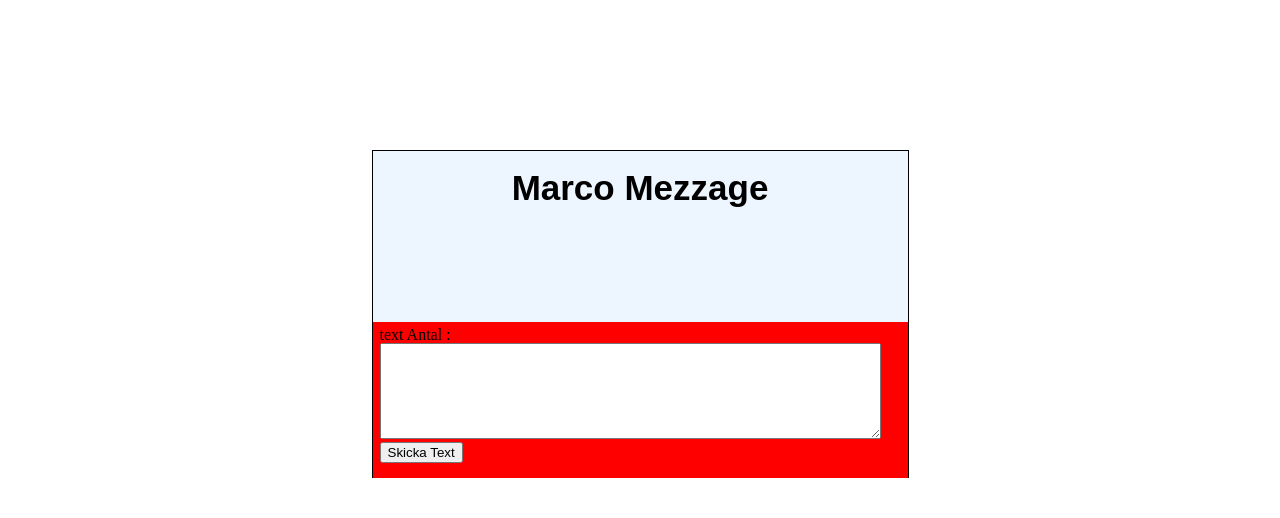
Repository: Marco30/1dv403-laborationer
Page: 2-labbymezzage/index.html
The author's editor kept a record of every edit. The page is drawn from the files as they stood at one moment, then again after the next edit.
The browser window is 1280 px wide. The pictures show the whole page.

Above is the page before.

### 2-labbymezzage/index.html
<!DOCTYPE html>

<html lang="sv">

<head>

	<meta charset="UTF-8" />

 	<title>Mezzage</title>

 	<link href="css/style.css" rel="stylesheet" type="text/css">

    <script src="js/Message.js"></script>

</head>

    <body>

        <div id="inramning"><!--*CSS läger text rutan i mitten-->

             <header><!--titel texten -->
                    <h1>Marco Mezzage</h1>
             </header>

           <main> <!--Alla meddelanden ska samlas här   -->

                <div id="textonpage"><!-- Här kommer jag lad in texten  -->

                </div>

                <div id="textruta">

                    <p>
                        <label id="count">text Antal : </label><!--Visar antal meddelanden som finns på sidan -->
                    </p>

                    <p>
                        <textarea id="text" cols="60" rows="6">
                        </textarea><!--Text ruta, där man kommer skriva in sina meddelanden -->
                    </p>

                    <button id="button">Skicka Text</button><!--Skicka Knapp, Man trycker på för att få upp meddelanden i sidan  -->

                </div>

           </main>

        </div>

    </body>
</html>

### 2-labbymezzage/css/style.css
 /* http://meyerweb.com/eric/tools/css/reset/
v2.0 | 20110126
License: none (public domain)
*/
html, body, div, span, applet, object, iframe,
h1, h2, h3, h4, h5, h6, p, blockquote, pre,
a, abbr, acronym, address, big, cite, code,
del, dfn, em, img, ins, kbd, q, s, samp,
small, strike, strong, sub, sup, tt, var,
b, u, i, center,
dl, dt, dd, ol, ul, li,
fieldset, form, label, legend,
table, caption, tbody, tfoot, thead, tr, th, td,
article, aside, canvas, details, embed,
figure, figcaption, footer, header, hgroup,
menu, nav, output, ruby, section, summary,
time, mark, audio, video {
margin: 0;
padding: 0;
border: 0;
font-size: 100%;
font: inherit;
vertical-align: baseline;
}
/* HTML5 display-role reset for older browsers */
article, aside, details, figcaption, figure,
footer, header, hgroup, menu, nav, section {
display: block;
}
body {
line-height: 1;
}
ol, ul {
list-style: none;
}
blockquote, q {
quotes: none;
}
blockquote:before, blockquote:after,
q:before, q:after {
content: '';
content: none;
}
table {
border-collapse: collapse;
border-spacing: 0;
}

/*Här börjar min CSS */

#inramning
{
width: 535px;
margin: 150px auto;
background-color: #EDF5FF;
border-top: 1px solid #000;
border-left: 1px solid #000;
border-right: 1px solid #000;
}

header /* skappar rammen längs upp, den som har sidans namn */
{
height:171px;
}

header H1 /* ger H1 följande egenskaper som alltid är bundna till header div */
{
font-weight: bold;
line-height: 74px;
text-align:center;
 font-family: ‘Lucida Sans Unicode’, ‘Lucida Grande’, sans-serif;
font-size: 35px;
color:black;
}
#textruta
{
    height: 151px;
padding-top: 5px;
width: 528px;
background: #F00;
padding-left: 7px;
}

### 2-labbymezzage/js/Message.js
"use strict";

function Message(message, date) //Konstruktor som har tvo privata variabler, vi använder get och set för att koma åt dem
{

    this.getText = function()// används för att hämta en text
    {
        return message;
    };

    this.setText = function(_text)// används för att lägga till en text
    {
        message = _text;
    };

    this.getDate = function()
    {
        return date;
    };

    this.setDate = function(_date)
    {
        date = _date;
    };
}

Message.prototype.toString = function()
{
    return this.getText()+" ("+this.getDate()+")";
};

 /*var mess = new Message("marco", new Date());
 alert(mess);
 alert(mess.getText());
 mess.setText("enn annan text");
 alert(mess);*/

After the next edit:
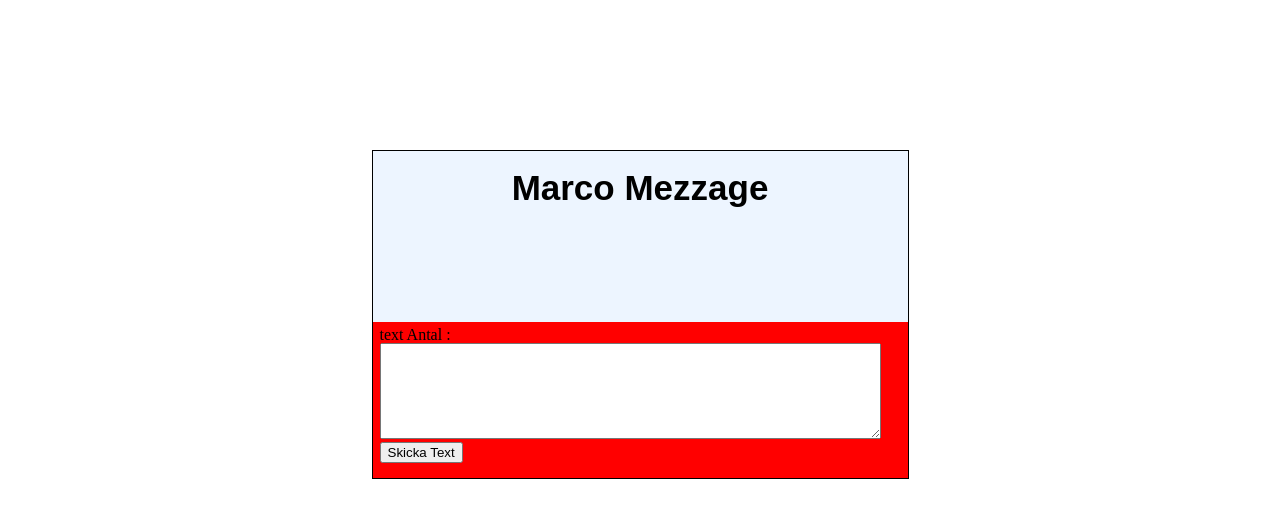
The edit:
--- a/2-labbymezzage/css/style.css
+++ b/2-labbymezzage/css/style.css
@@ -56,6 +56,7 @@
 border-top: 1px solid #000;
 border-left: 1px solid #000;
 border-right: 1px solid #000;
+border-bottom: 1px solid #000;
 }
 
 header /* skappar rammen längs upp, den som har sidans namn */
